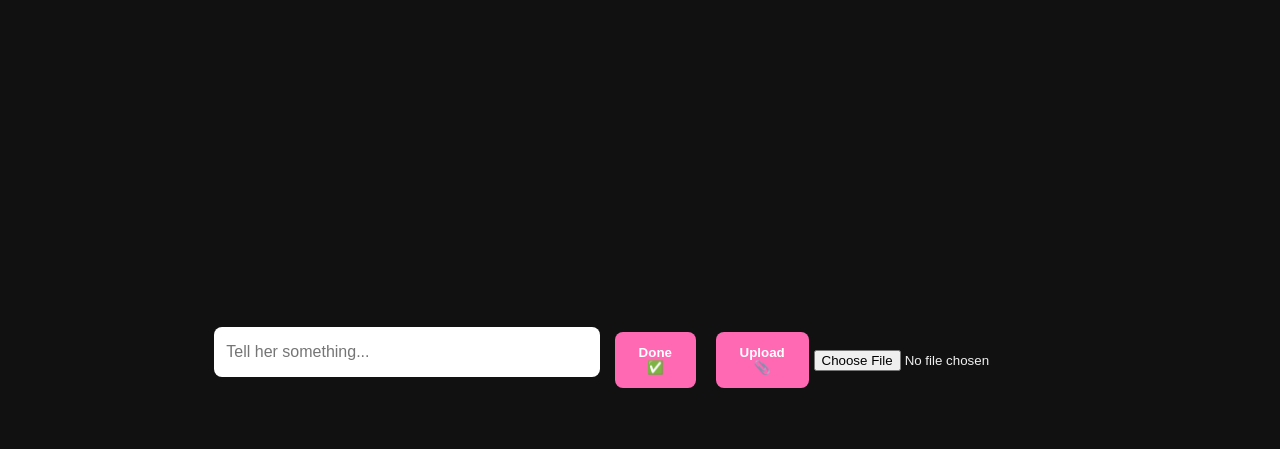
Repository: shreeyanshujha/clingy
Page: index.html
The author's editor kept a copy of each file at every save. The page is drawn from the files as they stood at one save, then again after the next save.
The browser window is 1280 px wide. The pictures show the whole page.

Above is the page before, as saved 2025-07-22 05:22:18.

After the next save:
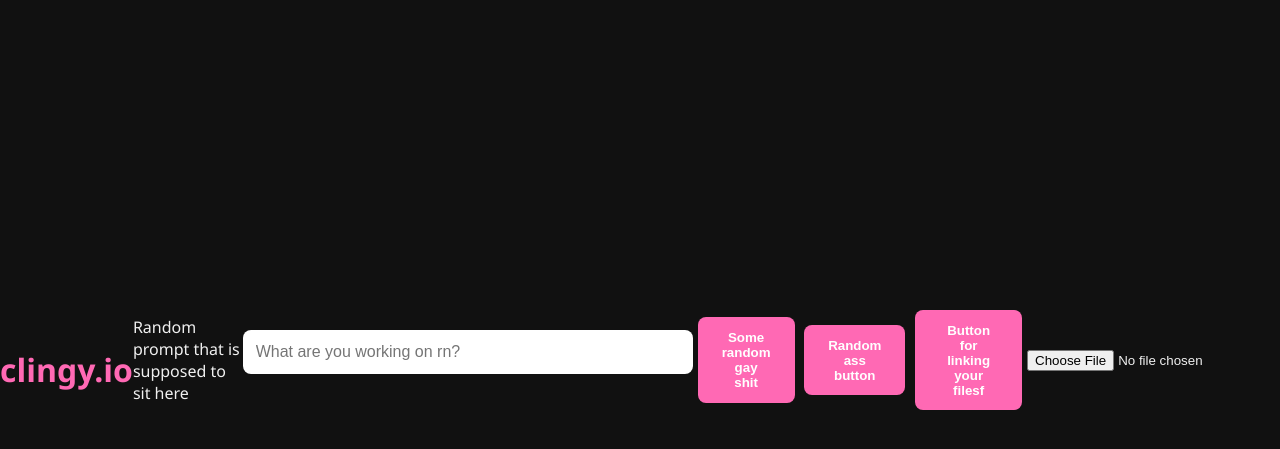
Saved 5 min 22 s later.
--- a/index.html
+++ b/index.html
@@ -2,26 +2,23 @@
 <html lang="en">
 <head>
   <meta charset="UTF-8" />
+  <meta name="viewport" content="width=device-width, initial-scale=1.0" />
   <title>clingy.io</title>
   <link rel="stylesheet" href="./style.css" />
 </head>
-<script src="./script.js"></script>
 <body>
+  <h1>clingy.io</h1>
+  <p>Random prompt that is supposed to sit here</p>
 
-  <div id="chatContainer">
-    <!-- Messages will be dynamically added here -->
-  </div>
+  <input type="text" id="taskInput" placeholder="What are you working on rn?">
+  <button onclick="startClingy()">Some random gay shit</button>
 
-  <div style="display: flex; gap: 10px; width: 100%; max-width: 600px;">
-    <input type="text" id="userInput" placeholder="Tell her something...">
-    <button onclick="finishTask()">Done ✅</button>
-    <button onclick="sendProof()">Upload 📎</button>
-  </div>
+  <br><br>
+  <button onclick="markDone()">Random ass button </button>
+  <button onclick="sendProof()">Button for linking your filesf</button>
+  <br><br>
+  <input type="file" id="proofFile">
 
-  <!-- Hidden file input for proof upload -->
-  <input type="file" id="proofUpload" onchange="proofUploaded()">
-
-  <script src="script.js"></script>
-
+  <script src="./script.js"></script>
 </body>
 </html>
